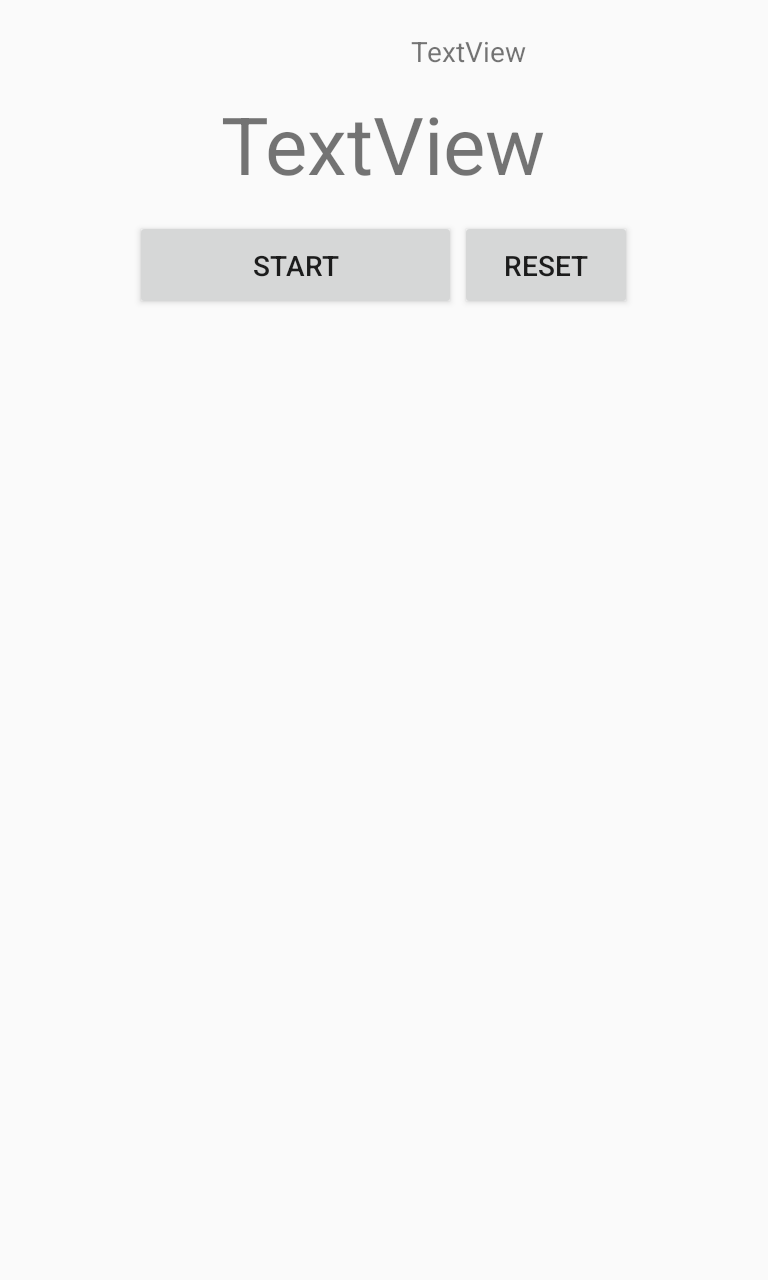
Repository: GitDidNotExitCleanly/AndroidTimer
Layout: StopWatch/res/layout/activity_main.xml
The author's editor kept a copy of each file at every save. The layout is drawn from the files as they stood at one save, then again after the next save.
It is drawn on a 768 x 1280 px phone screen (xhdpi) without system bars, with theme AppTheme; the app's code is not run. Lists and similar views that code fills are empty.

Above is the layout before, as saved 2015-03-04 21:57:18.

### StopWatch/res/layout/activity_main.xml
<TableLayout xmlns:android="http://schemas.android.com/apk/res/android"
    xmlns:tools="http://schemas.android.com/tools"
    android:id="@+id/TableLayout1"
    android:layout_width="fill_parent"
    android:layout_height="fill_parent"
    android:paddingBottom="@dimen/activity_vertical_margin"
    android:paddingLeft="@dimen/activity_horizontal_margin"
    android:paddingRight="@dimen/activity_horizontal_margin"
    android:paddingTop="@dimen/activity_vertical_margin"
    tools:context="com.app.stopwatch.MainActivity" >

    <TableRow
        android:id="@+id/tableRow1"
        android:layout_width="fill_parent"
        android:layout_height="wrap_content"
        android:layout_marginBottom="10dp"
        android:gravity="end" >

        <TextView
            android:id="@+id/textView1"
            android:layout_width="wrap_content"
            android:layout_height="wrap_content"
            android:text="TextView" />

    </TableRow>

    <TableRow
        android:id="@+id/tableRow2"
        android:layout_width="fill_parent"
        android:layout_height="wrap_content"
        android:layout_marginBottom="10dp"
        android:gravity="center" >

        <TextView
            android:id="@+id/textView2"
            android:layout_width="wrap_content"
            android:layout_height="wrap_content"
            android:text="TextView"
            android:textSize="@dimen/stopwatch_large_time" />

    </TableRow>

    <TableRow
        android:id="@+id/tableRow3"
        android:layout_width="fill_parent"
        android:layout_height="wrap_content"
        android:layout_marginBottom="10dp"
        android:gravity="center" >

        <Button
            android:id="@+id/button1"
            android:layout_width="wrap_content"
            android:layout_height="wrap_content"
            android:text="Start"
            android:textSize="@dimen/abc_text_size_button_material" />

        <Button
            android:id="@+id/button2"
            android:layout_width="wrap_content"
            android:layout_height="wrap_content"
            android:text="Reset" />

    </TableRow>

    <TableRow
        android:id="@+id/tableRow4"
        android:layout_width="fill_parent"
        android:layout_height="wrap_content"
        android:gravity="center_vertical" >

        <ListView
            android:id="@+id/listView1"
            android:layout_width="fill_parent"
            android:layout_height="wrap_content" >
        </ListView>
    </TableRow>

</TableLayout>

### StopWatch/res/values/dimens.xml
<resources>

    <!-- Default screen margins, per the Android Design guidelines. -->
    <dimen name="activity_horizontal_margin">16dp</dimen>
    <dimen name="activity_vertical_margin">16dp</dimen>
    <dimen name="stopwatch_small_time">22sp</dimen>
    <dimen name="stopwatch_large_time">40sp</dimen>

</resources>

Loaded but not shown: StopWatch/res/values/styles.xml (common file); StopWatch/res/values-v11/styles.xml (common file); StopWatch/res/values-v14/styles.xml (common file); StopWatch/res/values-w820dp/dimens.xml (common file)

After the next save:
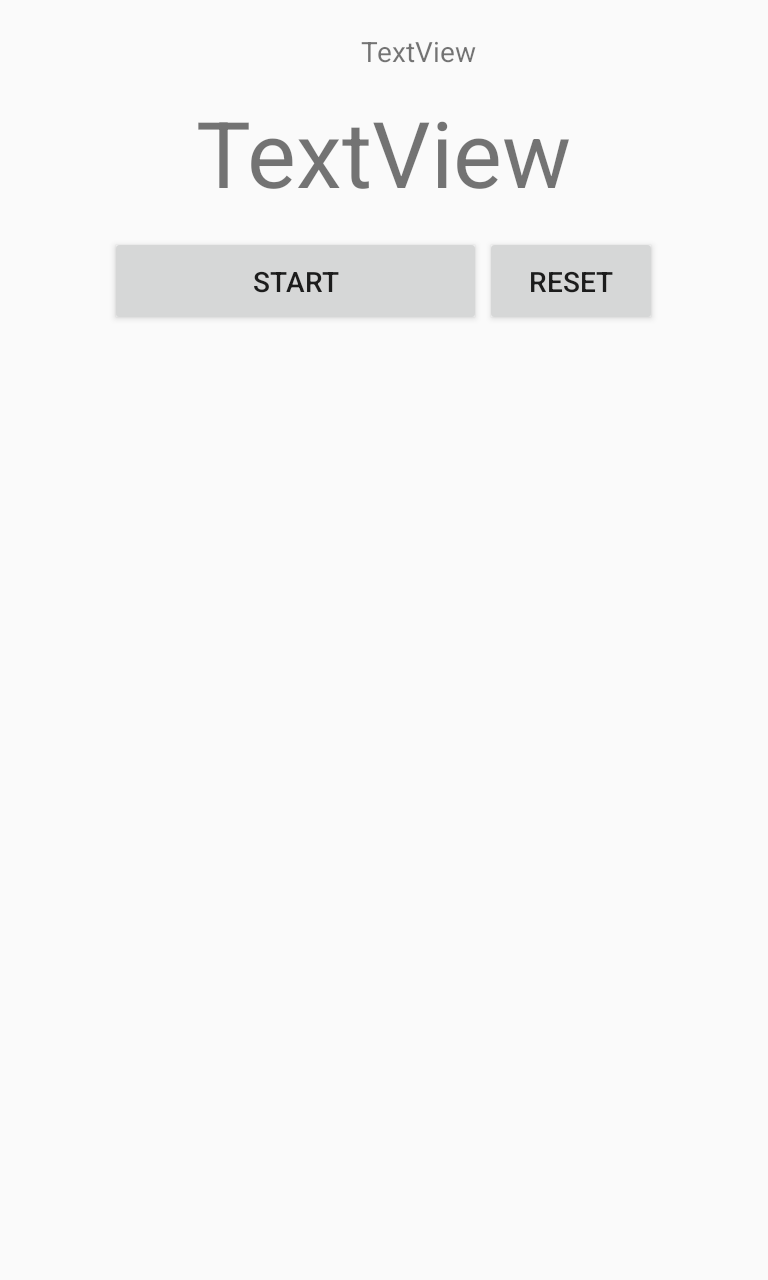
Saved 7 min 46 s later.
--- a/StopWatch/res/values/dimens.xml
+++ b/StopWatch/res/values/dimens.xml
@@ -3,7 +3,7 @@
     <!-- Default screen margins, per the Android Design guidelines. -->
     <dimen name="activity_horizontal_margin">16dp</dimen>
     <dimen name="activity_vertical_margin">16dp</dimen>
-    <dimen name="stopwatch_small_time">22sp</dimen>
-    <dimen name="stopwatch_large_time">40sp</dimen>
+    <dimen name="stopwatch_small_time">26sp</dimen>
+    <dimen name="stopwatch_large_time">46sp</dimen>
 
 </resources>
